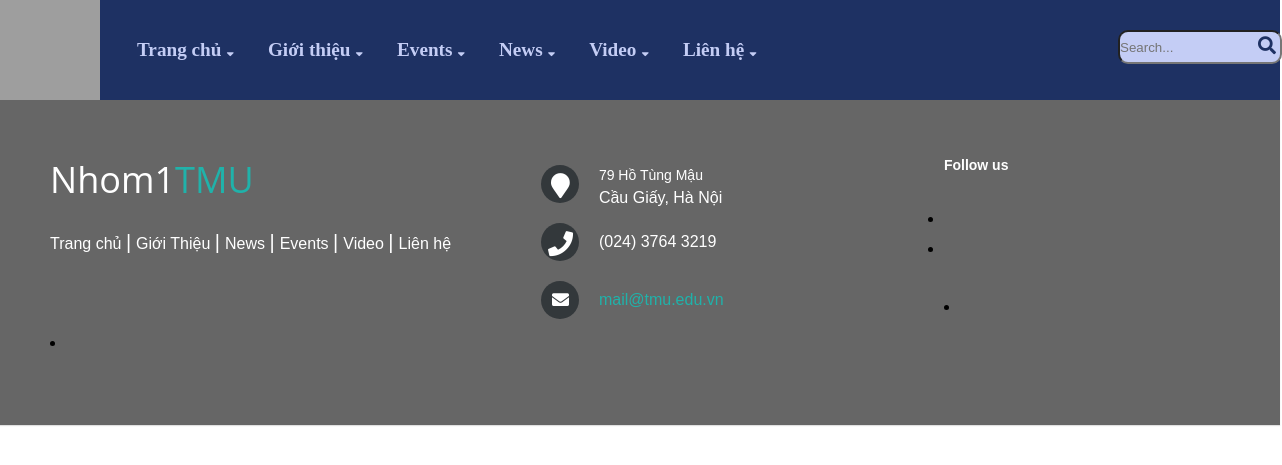
Repository: Luong-tung/MatchaTung
Page: newtopics/index.html
These files come from the project's save history. The page is drawn as it stood at one moment and after the next save; the edit follows.
The browser window is 1280 px wide. The page is 1282 px wide, so the pictures cover 1282 px, including what lies to the right of the window. The pictures show the whole page.
Pictures or frames that could not be fetched are drawn as grey boxes. Some web libraries are served in a nearby version.

Above is the page before, as saved 2021-10-09 12:31:15.
Not found: newtopics/grid.css

After the next save:
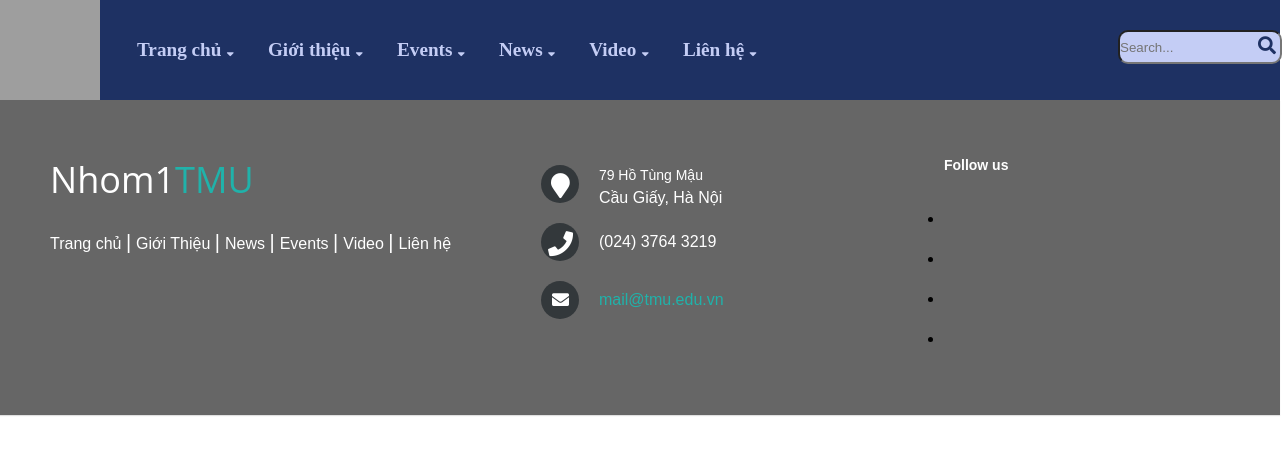
Saved 41 s later.
--- a/newtopics/index.html
+++ b/newtopics/index.html
@@ -89,9 +89,9 @@
               <div class="footer-icons">
                 <ul>
                 <li><a href="#"><i class="fa fa-facebook"></i></a></li>
-                <li></li><a href="#"><i class="fa fa-twitter"></i></a></div>
-                <li></li><a href="#"><i class="fa fa-linkedin"></i></a></div>
-                <li></li><a href="#"><i class="fa fa-github"></i></a></footer>
+                <li><a href="#"><i class="fa fa-twitter"></i></a></li>
+                <li><a href="#"><i class="fa fa-linkedin"></i></a></li>
+                <li><a href="#"><i class="fa fa-github"></i></a></li>
                 </ul>
               </div>
 
